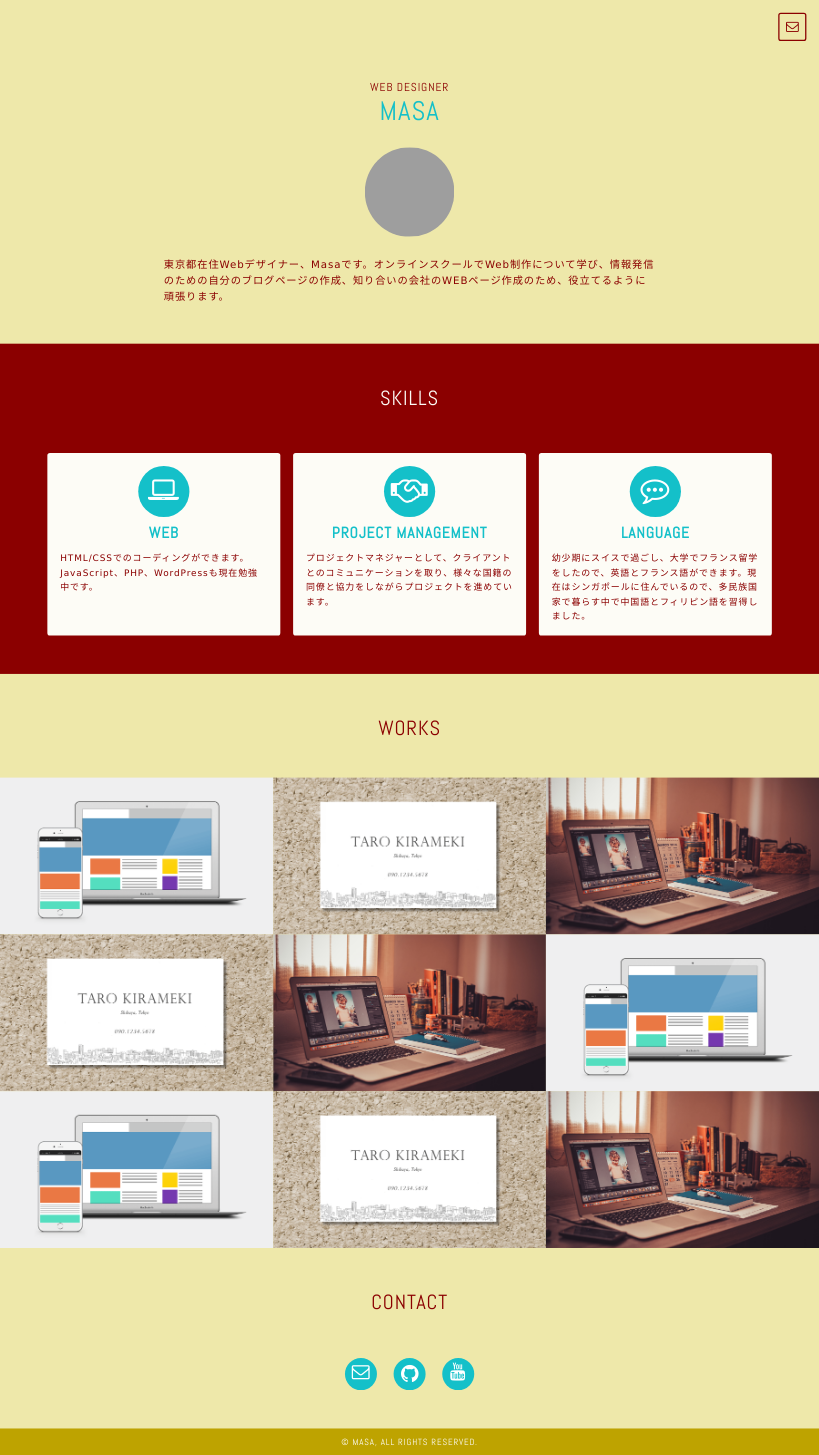
Repository: mochiai0908/maasa
Page: portofolio/index.html
The author's editor kept a record of every edit. The page is drawn from the files as they stood at one moment, then again after the next edit.
The browser window is 1280 px wide. The pictures show the whole page, at 64% of full size.
Pictures or frames that could not be fetched are drawn as grey boxes. Some web libraries are served in a nearby version.

Above is the page before.

After the next edit:
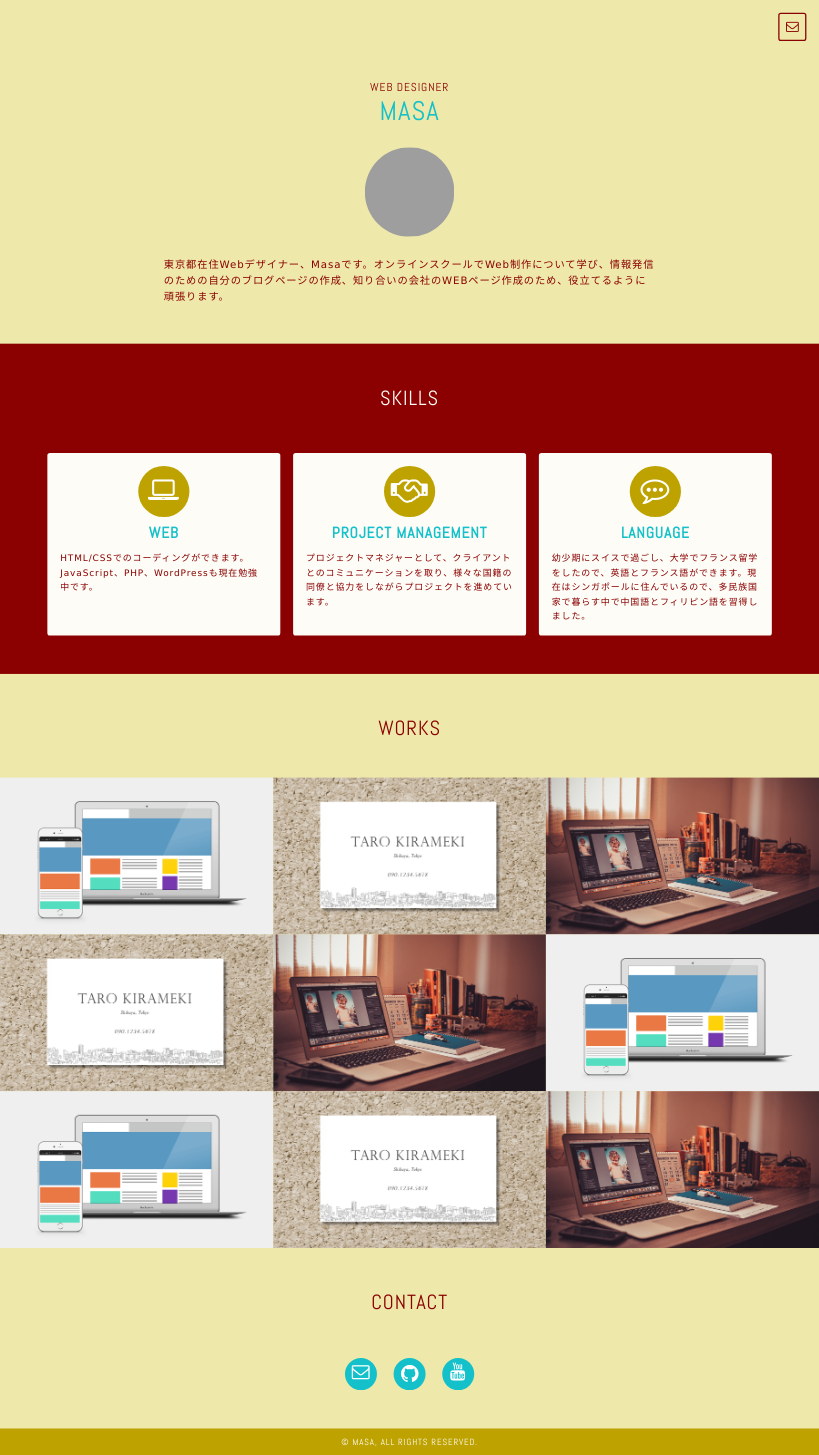
The edit:
--- a/portofolio/css/style.css
+++ b/portofolio/css/style.css
@@ -184,7 +184,7 @@
     -webkit-border-radius: 50%;
        -moz-border-radius: 50%;
             border-radius: 50%;
-    background-color: #14c0c9;
+    background-color: #bea300;
 }
 #skills h3
 {
